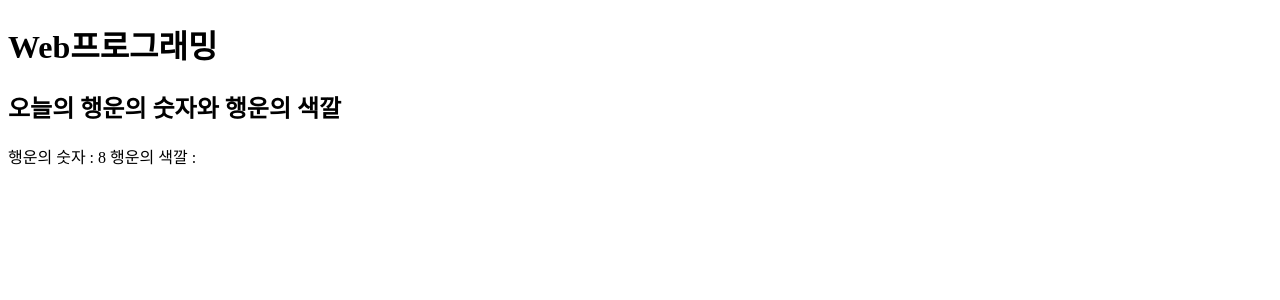
Repository: mickey530/jsp_practice
Page: http://localhost/JSPBasic/JspTag/TagQ01.jsp
These files come from the project's save history. The page is drawn as it stood at one moment and after the next save; the edit follows.
The browser window is 1280 px wide. The pictures show the whole page.
The page is served by Tomcat 9.

Above is the page before, as saved 2022-01-28 05:29:18.

### JSPBasic/src/main/webapp/JspTag/TagQ01.jsp
<%@ page language="java" contentType="text/html; charset=UTF-8"
    pageEncoding="UTF-8"%>
<!DOCTYPE html>
<html>
<head>
<meta charset="UTF-8">
<title>Insert title here</title>
</head>
<body>
<%!
	// Declaration 내부에
	// 1 ~ 10 범위의 난수를 리턴하는 메서드
	// int randomNumber() 를 선언해주세요.
	int randomNumber(){
		// 정수 1 ~ 10 까지 발생시켜서 리턴하도록 로직 작성
		return (int)(Math.random()*10 + 1);
}
	String randomColor(){
		double i = (int)(Math.random()*3);
		if(i < 1){
			return "red";
		} else if(i < 2){
			return "yello";
		} else{
			return "green";
		}
	}

%>

<%
%>
<h1>Web프로그래밍</h1>

<h2>오늘의 행운의 숫자와 행운의 색깔</h2>
행운의 숫자 : <%= randomNumber() %>
행운의 색깔 :
</body>
</html>

After the next save:
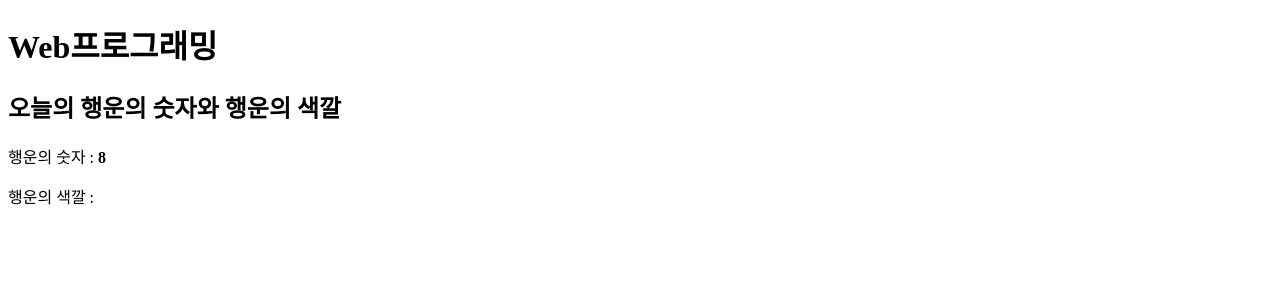
Saved 45 s later.
--- a/JSPBasic/src/main/webapp/JspTag/TagQ01.jsp
+++ b/JSPBasic/src/main/webapp/JspTag/TagQ01.jsp
@@ -33,7 +33,7 @@
 <h1>Web프로그래밍</h1>
 
 <h2>오늘의 행운의 숫자와 행운의 색깔</h2>
-행운의 숫자 : <%= randomNumber() %>
+<p>행운의 숫자 : <b><%= randomNumber() %></b></p>
 행운의 색깔 :
 </body>
 </html>
